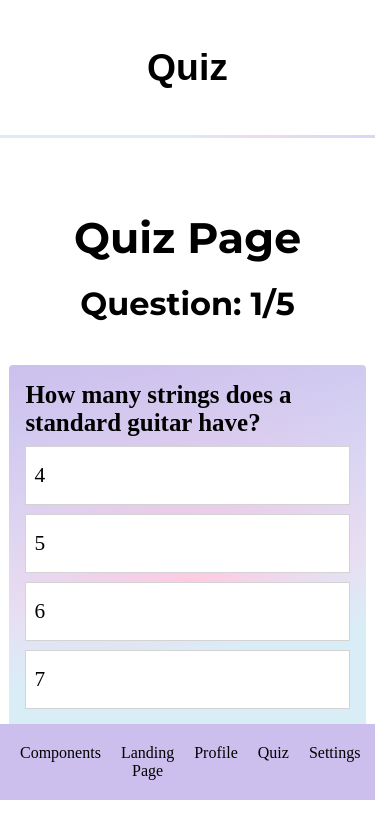
Repository: 1medi/pocketprof
Page: /quiz/page
The author's editor kept a copy of each file at every save. The page is drawn from the files as they stood at one save, then again after the next save.
The browser window is 375 px wide. The pictures show the whole page.
The project was rebuilt for these pictures with package versions that can differ from the ones it lists, and the page was loaded fresh each time. The framework's server and built-in components were replaced by stand-ins that run in the browser. Also part of the build but not shown: next.config.mjs, Components/Buttons/Oscar/Oscar.module.css, Components/Buttons/Oscar/index.js.

Above is the page before, as saved 2024-04-13 21:07:45.

### pages/quiz/page.jsx
'use client';
import React, { useState, useRef, useEffect } from 'react';
import { quiz } from "../data"
import styles from "./page.module.css"
import { Montserrat } from "next/font/google"
import Header from '@/Components/Header';
import NavBar from "@/Components/Navbar"


const notoSans = Montserrat({
  subsets: ['latin'],
});

export default function Page() {
  const [activeQuestion, setActiveQuestion] = useState(0);
  const [selectedAnswer, setSelectedAnswer] = useState('');
  const [checked, setChecked] = useState(false);
  const [selectedAnswerIndex, setSelectedAnswerIndex] = useState(null);
  const [showResult, setShowResult] = useState(false);
  const [result, setResult] = useState({
    score: 0,
    correctAnswers: 0,
    wrongAnswers: 0,
  });

  const nextButtonRef = useRef(null);

  const { questions } = quiz;
  const { answers, correctAnswer } = questions[activeQuestion];

  const onAnswerSelected = (answer, idx, event = null) => {
    if (event && event.type === 'keydown' && (event.key !== 'Enter' && event.key !== ' ')) {
      return;
    }
    setChecked(true);
    setSelectedAnswerIndex(idx);
    if (answer === correctAnswer) {
      setSelectedAnswer(true);
      console.log('true');
    } else {
      setSelectedAnswer(false);
      console.log('false');
    }
  };


  useEffect(() => {
    if (checked && nextButtonRef.current) {
      nextButtonRef.current.focus();
    }
  }, [checked]);

  const nextQuestion = () => {
    setSelectedAnswerIndex(null);
    setResult((prev) =>
      selectedAnswer
        ? {
            ...prev,
            score: prev.score + 5,
            correctAnswers: prev.correctAnswers + 1,
          }
        : {...prev,
            wrongAnswers: prev.wrongAnswers + 1,
          }
    );
    if (activeQuestion !== questions.length - 1) {
      setActiveQuestion((prev) => prev + 1);
    } else {
      setActiveQuestion(0);
      setShowResult(true);
    }
    setChecked(false);
  };

  return (
    <>
    <Header name="Quiz"/>
      <div className={`${styles.container}`}>
      <h1 className={styles.title}>Quiz Page</h1>
      <div>
        <h2 className={styles.activeQ}>
          Question: {activeQuestion + 1}
          <span>/{questions.length}</span>
        </h2>
      </div>
      <div>
        {!showResult ? (
          <div className={styles.quizContainer}>
            <h3 className={styles.question}>{questions[activeQuestion].question}</h3>
            {answers.map((answer, idx) => (
              <li
                key={idx}
                onClick={() => onAnswerSelected(answer, idx)}
                onKeyDown={(event) => onAnswerSelected(answer, idx, event)}
                className={`${styles.answerList} ${selectedAnswerIndex === idx ? styles.itemSelected : styles.itemHover}`}
                tabIndex={0}>
                <span>{answer}</span>
              </li>
            ))}

            <button
              ref={nextButtonRef}
              onClick={nextQuestion}
              className={checked ? styles.btn : styles.btnDisabled}
              tabIndex={2}
              disabled={!checked}>
              {activeQuestion === questions.length - 1 ? 'Finish' : 'Next'}
            </button>
          </div>
        ) : (
          <div className={styles.quizContainer}>
            <h3 className={styles.hthree}>Results</h3>
            <h3 className={styles.hthree}>Overall {(result.score / (questions.length * 5)) * 100}%</h3>
            <p className={styles.paragraph}>
              Total Questions: <span>{questions.length}</span>
            </p>
            <p className={styles.paragraph}>
              Total Score: <span>{result.score}</span>
            </p>
            <p className={styles.paragraph}>
              Correct Answers: <span>{result.correctAnswers}</span>
            </p>
            <p className={styles.paragraph}>
              Wrong Answers: <span>{result.wrongAnswers}</span>
            </p>
            <button className={styles.btn} onClick={() => window.location.reload()}>Restart</button>
          </div>
        )}
      </div>
    </div>
    <NavBar/>
    </>

  );
};

### pages/api/chat-gpt/route.js
import { NextResponse } from "next/server";

export async function POST(request) {
  return NextResponse.json({
    name: "IT WORKS!!!",
  });
}

### styles/globals.css
:root {
background-color: white;
align-content: center;
--main-color-purple: #53239B;
--main-color-lightpurple: #CCBFED;
--secondary-color-blue: #9AB7F9;
--secondary-color-lightblue: #CCE3FB;

--font-header: 34pt ;
--font-section-header: 28pt;
--font-sub-header: 24pt;
--font-button: 16pt;
--font-body: 16pt;
--font-secondary: 14pt;
--font-tertiary:12pt;

--headings: "mont", sans-serif;
--body-text: "Noto Sans", sans-serif;

}


* {
    padding: 0;
    margin: 0;
  }

  ol,
  ul {
    list-style: none;
  }

### pages/data.js
export const quiz = {
    totalQuestions: 5,
    questions: [
      {
        id: 1,
        question: 'How many strings does a standard guitar have?',
        answers: ['4', '5', '6', '7'],
        correctAnswer: '6',
      },
      {
        id: 2,
        question: 'Which part of the guitar do you strum or pluck the strings with?',
        answers: ['Headstock', 'Fretboard', 'Body', 'Bridge'],
        correctAnswer: 'Body',
      },
      {
        id: 3,
        question: 'What is a pick used for in playing the guitar?',
        answers: ['Holding the strings down', 'Strumming or plucking the strings', 'Keeping the guitar in tune', 'San Marino'],
        correctAnswer: 'Strumming or plucking the strings',
      },
      {
        id: 4,
        question: 'What is the name of the thickest string on the guitar?',
        answers: ['A string', 'E string', 'D string', 'G string'],
        correctAnswer: 'E string',
      },
      {
        id: 5,
        question: 'Where do you place your fingers to play different notes on the guitar?',
        answers: ['On the body', 'On the headstock', 'On the strings over the fretboard', 'On the tuning pegs'],
        correctAnswer: 'On the strings over the fretboard',
      },
    ],
  };

### pages/quiz/page.module.css

@media only screen and (max-width:431px) {
  .container{
  padding: 1rem 0;
  background-color: white;
  width: 95%;
  margin: auto;
  margin-top: 3rem;
  border-radius: 10px;
  font-size: var(--font-body);

}

.title,
.activeQ{
  color: black;
  text-align: center;
  padding:10px;
  font-family: "Montserrat", "sans-serif";
}

.hthree {
  padding-bottom: 2rem;
  color: #000105;
  font-size: 1.8rem;
}

.btn {
  padding: 16px 8px;
  width: 100%;
  margin-top: 12px;
  font-size: 1rem;
  border-radius: 4px;
  cursor: pointer;
  background-color: var(--main-color-purple);
  color: #f8f8f8;
}

.btnDisabled {
  background-color: lightgray;
  padding: 16px 8px;
  width: 100%;
  margin-top: 12px;
  font-size: 1rem;
  border-radius: 4px;
  color: darkgray;

}

.answerList {
  list-style-type: none;
  cursor: pointer;
  margin: 9px 0;
  padding: 16px 8px;
  color: #000105;
  border: 1.5px solid lightgray;
  background-color: white;
}

.itemHover:hover {
  background-color: #CCBFED;
  columns: #fff;
}

.itemSelected {
  color: #474747;
  background-color:#8E71D5;
}

.quizContainer {
  background: linear-gradient(-10deg, #d9edf7 35%, rgba(237, 202, 216, 0) 50%, var(--main-color-lightpurple)), radial-gradient(circle, #ffcae1 0, #daeafc 100%);
  padding: 1rem;
  margin-top: 2rem;
  border-radius: 4px;
}

.paragraph {
  padding: 8px 0;
}

}

### Components/Header/index.js
import styles from "@/Components/Header/Header.module.css"
import Link from "next/link"
import { Montserrat } from "next/font/google"

const montserrat = Montserrat({
  subsets: ['latin'],
});
export default function Header({name}){
  return (
    <>
    <header className={styles.header}>

      <h1 className={styles.headerTitle}>{name}</h1>
    </header>
    </>
  )
}

### Components/Navbar/index.js
import styles from "./Navbar.module.css"
import Oscar from "@/Components/Buttons/Oscar"
import Link from "next/link"

export default function NavBar() {
  return (
    <nav className={styles.nav}>
        <div className={styles.navContainer}>
          <ul className={styles.navOptions}>
            <li className={styles.navLink}>
            <Link href={'/Components'} className={styles.navText}>Components </Link>
            </li>
            <li className={styles.navLink}>
            <Link href={'/LandingPage'} className={styles.navText}>Landing Page </Link>
            </li>
            <li className={styles.navLink}>
            <Link href={'/Profile'} className={styles.navText}>Profile </Link>
            </li>
            <li className={styles.navLink}>
            <Link href={'/QuizPage'} className={styles.navText}>Quiz</Link>
            </li>
            <li className={styles.navLink}>
            <Link href={'/Settings'} className={styles.navText}>Settings</Link>
            </li>
            <li className={styles.navLink}>
            <Link href={'/Subjects'} className={styles.navText}>Subjects</Link>
            </li>
          </ul>

        </div>
    </nav>
  )
}

### Components/Header/Header.module.css
.header{
  max-height: 400;
  height: 6em;
  position: relative;
  padding: 1.3rem;
  backdrop-filter: blur(10px);
  }

  .header::before {
    content: "";
    position: absolute;
    inset: 0;
    border-bottom: 3px solid transparent;
    background: linear-gradient(140deg,  #d9edf7 35%, rgba(237, 202, 216, 0) 50%, var(--main-color-lightpurple)), radial-gradient(circle, #ffcae1 0, #daeafc 100%) border-box;
    mask: linear-gradient(#fff 0 0) padding-box, linear-gradient(#fff 0 0);
    mask-composite: exclude;
  }


.headerTitle{
  text-align: center;
  margin:auto;
  display: flex;
  justify-content: center;
  color: black;
  padding-top: 25px;
  font-family: var(--headings);
  font-size: var(--font-section-header);
}

### Components/Navbar/Navbar.module.css
@media only screen and (max-width:430px) {
  .nav {
  position: fixed;
  bottom: 0;
  left: 0;
  width: 100%;
  display: flex;
  flex-direction: row;
  background-color:var(--main-color-lightpurple);
  justify-content: space-around;
}

.navContainer{
  position: relative;
  justify-content: space-around;
  width: 100%;
}
.buttonContainer{
  padding:10px;

}

.navOptions{
  display: flex;
  flex-direction: row;
  text-align: center;
  justify-content: space-around;
  padding: 10px;
  text-decoration: none;
}

.navLink{
  padding: 10px;
  border-radius: 10px;
  text-decoration: none;
  list-style: none;
  position: relative;
  justify-content: center;
}

.image:hover{
  background-color: #8b82a4;
}

.navText{
  text-decoration: none;
  list-style: none;
  color:black;
}

.navText:visited{
  text-decoration: none;
  list-style: none;
  color: black;
}
}

Loaded but not shown: pages/_app.js (common file); pages/_document.js (common file); pages/api/hello.js (common file); pages/api/askOscar.js (no copy from this time; the picture is the same without it); pages/api/chat.js (no copy from this time; the picture is the same without it); pages/api/image.js (no copy from this time; the picture is the same without it)

After the next save:
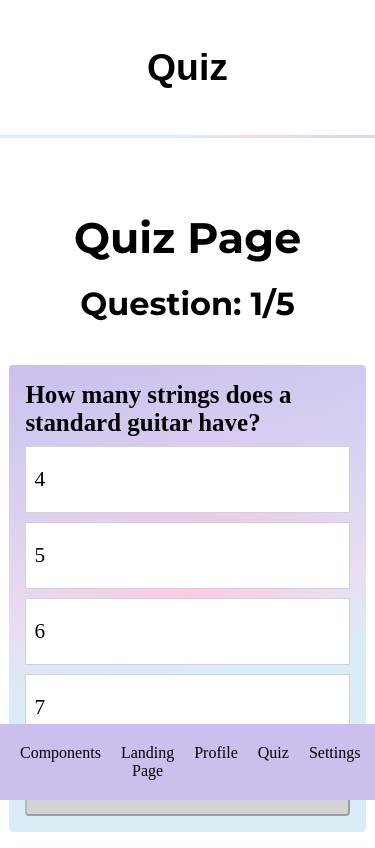
Saved 21 s later.
--- a/pages/quiz/page.module.css
+++ b/pages/quiz/page.module.css
@@ -51,7 +51,7 @@
   list-style-type: none;
   cursor: pointer;
   margin: 9px 0;
-  padding: 16px 8px;
+  padding: 20px 8px;
   color: #000105;
   border: 1.5px solid lightgray;
   background-color: white;
